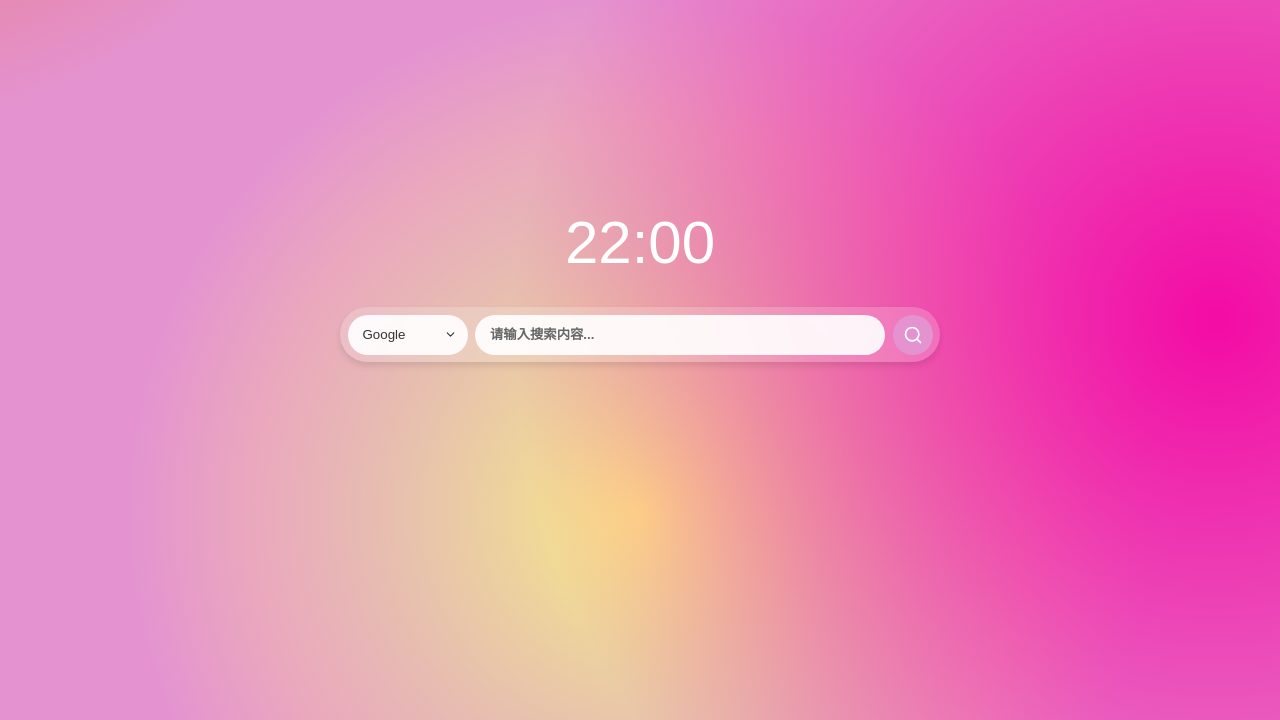
Repository: RADEKWRLD/NaviR
Page: index.html
An editor plug-in stored every save of this project. The page is shown before and after the next save, followed by the edit.
The browser window is 1280 px wide. The pictures show the whole page.

Above is the page before, as saved 2025-05-23 22:22:22.

After the next save:
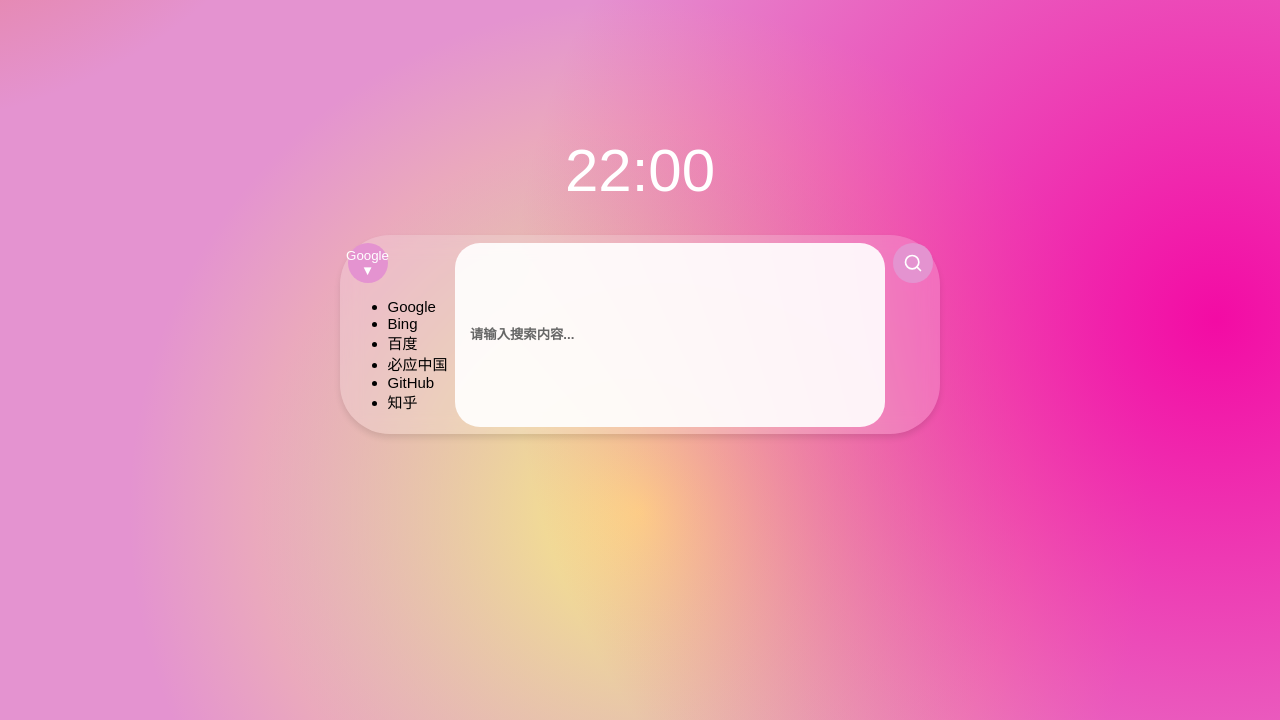
Console error: TypeError: Cannot read properties of null (reading 'appendChild')
Saved 107 s later.
--- a/index.html
+++ b/index.html
@@ -12,8 +12,17 @@
 
         <div class="search-container">
             <form id="search-form">
-                <select id="search-engine" class="search-engine">
-                </select>
+                <div class="engine-dropdown">
+                    <button type="button" id="engine-btn" class="engine-btn">Google ▼</button>
+                    <ul id="engine-menu" class="engine-menu">
+                        <li data-value="Google">Google</li>
+                        <li data-value="Bing">Bing</li>
+                        <li data-value="百度">百度</li>
+                        <li data-value="必应中国">必应中国</li>
+                        <li data-value="GitHub">GitHub</li>
+                        <li data-value="知乎">知乎</li>
+                    </ul>
+                </div>
                 <input type="text" id="search-input" placeholder="请输入搜索内容...">
                 <button type="submit" class="search-icon">
                     <svg xmlns="http://www.w3.org/2000/svg" width="20" height="20" viewBox="0 0 24 24" fill="none" stroke="currentColor" stroke-width="2" stroke-linecap="round" stroke-linejoin="round">

After the save that followed:
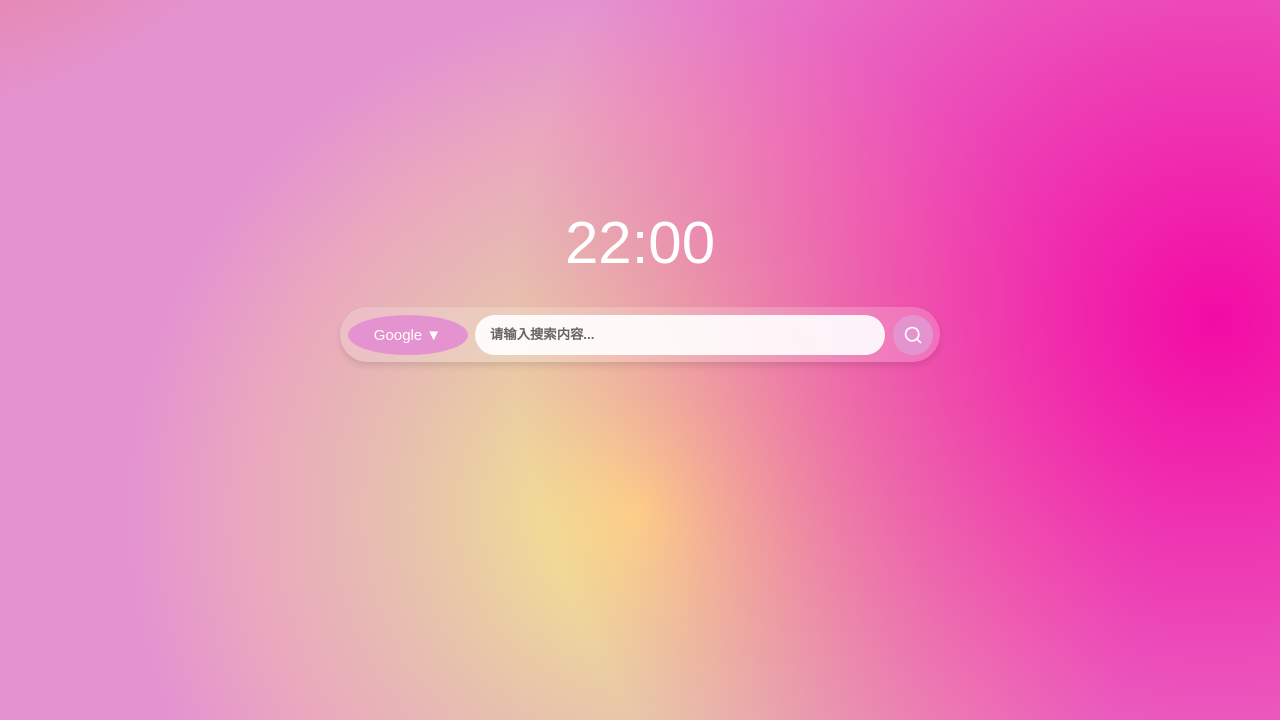
Saved 11 s later.
--- a/style.css
+++ b/style.css
@@ -204,3 +204,61 @@ body {
     width: 20px;
     height: 20px;
 }
+
+.engine-dropdown {
+    position: relative;
+}
+
+.engine-btn {
+    padding: 0.5rem 1.5rem 0.5rem 1rem;
+    border: none;
+    border-radius: 25px;
+    background: rgba(255, 255, 255, 0.9);
+    color: #333;
+    font-family: 'Quicksand', sans-serif;
+    cursor: pointer;
+    outline: none;
+    min-width: 120px;
+    font-size: 1rem;
+    transition: background 0.2s;
+}
+
+.engine-btn:hover, .engine-btn:focus {
+    background: #fff;
+    box-shadow: 0 2px 4px rgba(0,0,0,0.08);
+}
+
+.engine-menu {
+    display: none;
+    position: absolute;
+    top: 110%;
+    left: 0;
+    z-index: 10;
+    background: #fff;
+    border-radius: 16px;
+    box-shadow: 0 8px 24px rgba(0,0,0,0.12);
+    list-style: none;
+    margin: 0;
+    padding: 0.5rem 0;
+    min-width: 140px;
+    font-family: 'Quicksand', sans-serif;
+}
+
+.engine-menu.show {
+    display: block;
+}
+
+.engine-menu li {
+    padding: 0.6rem 1.2rem;
+    cursor: pointer;
+    transition: background 0.2s;
+    color: #333;
+    border: none;
+    background: none;
+    font-size: 1rem;
+}
+
+.engine-menu li:hover {
+    background: #e493d0;
+    color: #fff;
+}
